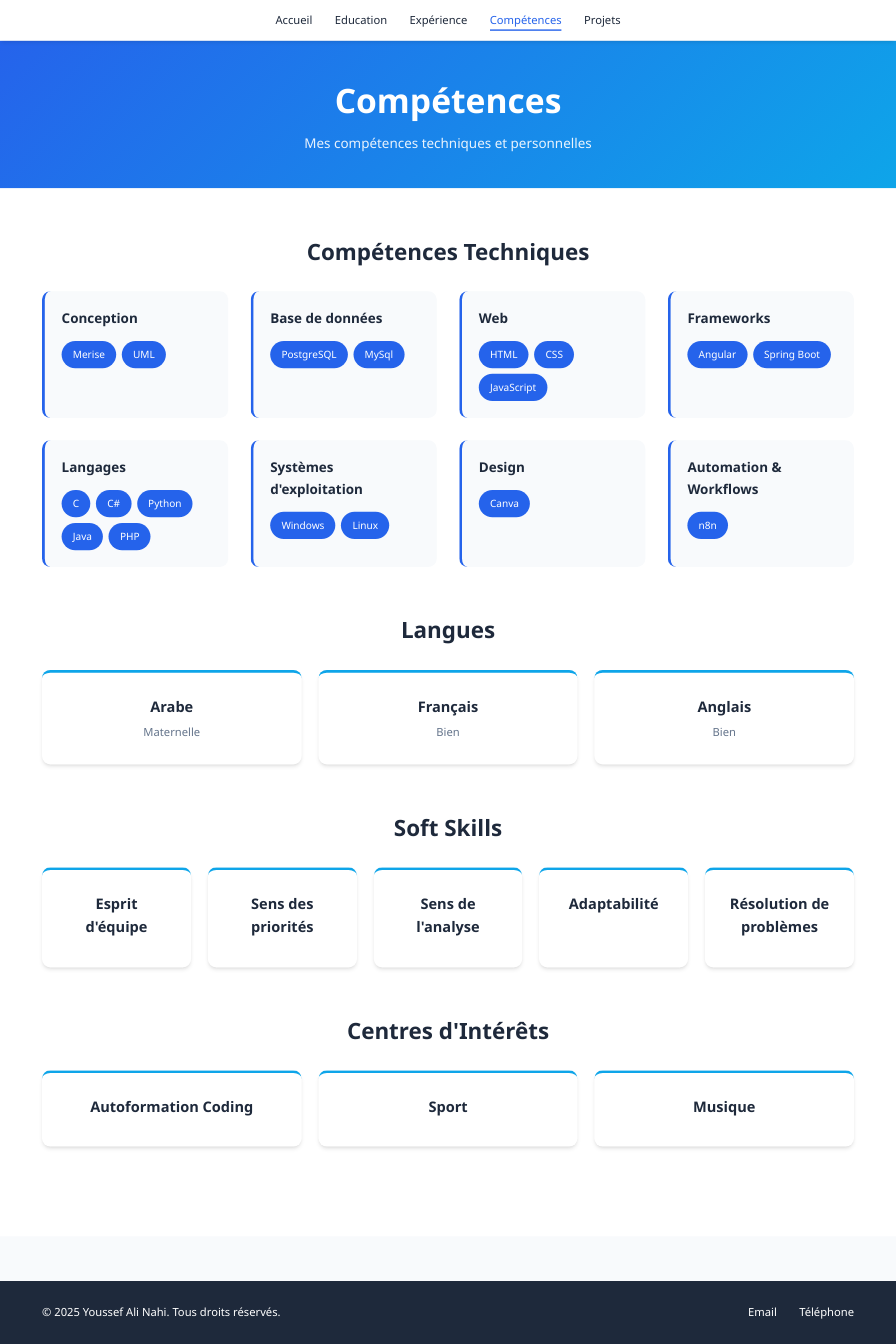
Repository: Youssef-Nahi504/My_Portfolio
Page: competences.html
The author's editor kept a copy of each file at every save. The page is drawn from the files as they stood at one save, then again after the next save.
The browser window is 1280 px wide. The pictures show the whole page, at 70% of full size.

Above is the page before, as saved 2025-12-19 16:29:47.

### competences.html
<!DOCTYPE html>
<html lang="fr">
<head>
    <meta charset="UTF-8">
    <meta name="viewport" content="width=device-width, initial-scale=1.0">
    <title>Compétences - Youssef Ali Nahi</title>
    <link rel="stylesheet" href="style.css">
</head>
<body>
    <nav class="navbar">
        <div class="nav-container">
            <ul class="nav-menu">
                <li><a href="index.html">Accueil</a></li>
                <li><a href="Education.html" >Education</a></li>
                <li><a href="experience.html">Expérience</a></li>
                <li><a href="competences.html" class="active">Compétences</a></li>
                <li><a href="projets.html">Projets</a></li>
            </ul>
            <div class="hamburger">
                <span></span>
                <span></span>
                <span></span>
            </div>
        </div>
    </nav>

    <main>
        <section class="page-header">
            <div class="container">
                <h1>Compétences</h1>
                <p>Mes compétences techniques et personnelles</p>
            </div>
        </section>

        <section class="skills-section">
            <div class="container">
                <div class="skills-category">
                    <h2 class="category-title">Compétences Techniques</h2>
                    <div class="skills-grid">
                        <div class="skill-group">
                            <h3>Conception</h3>
                            <div class="skill-tags">
                                <span class="skill-tag">Merise</span>
                                <span class="skill-tag">UML</span>
                            </div>
                        </div>
                        <div class="skill-group">
                            <h3>Base de données</h3>
                            <div class="skill-tags">
                                <span class="skill-tag">PostgreSQL</span>
                                <span class="skill-tag">MySql</span>
                            </div>
                        </div>
                        <div class="skill-group">
                            <h3>Web</h3>
                            <div class="skill-tags">
                                <span class="skill-tag">HTML</span>
                                <span class="skill-tag">CSS</span>
                                <span class="skill-tag">JavaScript</span>
                            </div>
                        </div>
                        <div class="skill-group">
                            <h3>Frameworks</h3>
                            <div class="skill-tags">
                                <span class="skill-tag">Angular</span>
                                <span class="skill-tag">Spring Boot</span>
                            </div>
                        </div>
                        <div class="skill-group">
                            <h3>Langages</h3>
                            <div class="skill-tags">
                                <span class="skill-tag">C</span>
                                <span class="skill-tag">C#</span>
                                <span class="skill-tag">Python</span>
                                <span class="skill-tag">Java</span>
                                <span class="skill-tag">PHP</span>
                            </div>
                        </div>
                        <div class="skill-group">
                            <h3>Systèmes d'exploitation</h3>
                            <div class="skill-tags">
                                <span class="skill-tag">Windows</span>
                                <span class="skill-tag">Linux</span>
                            </div>
                        </div>
                        <div class="skill-group">
                            <h3>Design</h3>
                            <div class="skill-tags">
                                <span class="skill-tag">Canva</span>
                            </div>
                        </div>
                        <div class="skill-group">
                            <h3>Automation & Workflows</h3>
                            <div class="skill-tags">
                                <span class="skill-tag">n8n</span>
                            </div>
                        </div>
                    </div>
                </div>

                <div class="skills-category">
                    <h2 class="category-title">Langues</h2>
                    <div class="languages-grid">
                        <div class="language-card">
                            <h3>Arabe</h3>
                            <p>Maternelle</p>
                        </div>
                        <div class="language-card">
                            <h3>Français</h3>
                            <p>Bien</p>
                        </div>
                        <div class="language-card">
                            <h3>Anglais</h3>
                            <p>Bien</p>
                        </div>
                    </div>
                </div>

                <div class="skills-category">
                    <h2 class="category-title">Soft Skills</h2>
                    <div class="interests-grid">
                        <div class="interest-card">
                            <h3>Esprit d'équipe</h3>
                        </div>
                        <div class="interest-card">
                            <h3>Sens des priorités</h3>
                        </div>
                        <div class="interest-card">
                            <h3>Sens de l'analyse</h3>
                        </div>
                        <div class="interest-card">
                            <h3>Adaptabilité</h3>
                        </div>
                        <div class="interest-card">
                            <h3>Résolution de problèmes</h3>
                        </div>
                    </div>
                </div>

                <div class="skills-category">
                    <h2 class="category-title">Centres d'Intérêts</h2>
                    <div class="interests-grid">
                        <div class="interest-card">
                            <h3>Autoformation Coding</h3>
                        </div>
                        <div class="interest-card">
                            <h3>Sport</h3>
                        </div>
                        <div class="interest-card">
                            <h3>Musique</h3>
                        </div>
                    </div>
                </div>
            </div>
        </section>
    </main>

    <footer>
        <div class="container">
            <p>&copy; 2025 Youssef Ali Nahi. Tous droits réservés.</p>
            <div class="footer-links">
                <a href="mailto:nahiyoussef02@gmail.com">Email</a>
                <a href="tel:+212619303473">Téléphone</a>
            </div>
        </div>
    </footer>

    <script src="file.js"></script>
</body>
</html>

### style.css
* {
    margin: 0;
    padding: 0;
    box-sizing: border-box;
}

:root {
    --primary-color: #2563eb;
    --primary-dark: #1e40af;
    --secondary-color: #64748b;
    --accent-color: #0ea5e9;
    --text-dark: #1e293b;
    --text-light: #64748b;
    --bg-light: #f8fafc;
    --bg-white: #ffffff;
    --border-color: #e2e8f0;
    --shadow: 0 4px 6px -1px rgba(0, 0, 0, 0.1), 0 2px 4px -1px rgba(0, 0, 0, 0.06);
    --shadow-lg: 0 10px 15px -3px rgba(0, 0, 0, 0.1), 0 4px 6px -2px rgba(0, 0, 0, 0.05);
}

body {
    font-family: 'Segoe UI', Tahoma, Geneva, Verdana, sans-serif;
    line-height: 1.6;
    color: var(--text-dark);
    background-color: var(--bg-light);
}

.container {
    max-width: 1200px;
    margin: 0 auto;
    padding: 0 20px;
}

/* Navigation */
.navbar {
    background: var(--bg-white);
    box-shadow: var(--shadow);
    position: sticky;
    top: 0;
    z-index: 1000;
    padding: 1rem 0;
}

.nav-container {
    max-width: 1200px;
    margin: 0 auto;
    padding: 0 20px;
    display: flex;
  justify-content: center; /* horizontal */
  align-items: center;
}

.logo {
    font-size: 1.5rem;
    font-weight: bold;
    color: var(--primary-color);
    letter-spacing: 2px;
}

.nav-menu {
    display: flex;
    list-style: none;
    gap: 2rem;
}

.nav-menu a {
    text-decoration: none;
    color: var(--text-dark);
    font-weight: 500;
    transition: color 0.3s ease;
    position: relative;
}

.nav-menu a:hover,
.nav-menu a.active {
    color: var(--primary-color);
}

.nav-menu a.active::after {
    content: '';
    position: absolute;
    bottom: -5px;
    left: 0;
    width: 100%;
    height: 2px;
    background: var(--primary-color);
}

.hamburger {
    display: none;
    flex-direction: column;
    cursor: pointer;
    gap: 4px;
}

.hamburger span {
    width: 25px;
    height: 3px;
    background: var(--text-dark);
    transition: all 0.3s ease;
}

/* Hero Section */
.hero {
    background: linear-gradient(135deg, var(--primary-color) 0%, var(--accent-color) 100%);
    color: white;
    padding: 4rem 0;
    min-height: 80vh;
    display: flex;
    align-items: center;
}

.hero-content {
    max-width: 1200px;
    margin: 0 auto;
    padding: 0 20px;
    display: grid;
    grid-template-columns: 1fr 1fr;
    gap: 3rem;
    align-items: center;
}

.hero-text h1 {
    font-size: 3rem;
    margin-bottom: 0.5rem;
    font-weight: 700;
}

.hero-text h2 {
    font-size: 1.5rem;
    margin-bottom: 1.5rem;
    opacity: 0.9;
    font-weight: 400;
}

.hero-subtitle {
    font-size: 1.1rem;
    margin-bottom: 2rem;
    opacity: 0.95;
    line-height: 1.8;
}

.hero-buttons {
    display: flex;
    gap: 1rem;
    flex-wrap: wrap;
}

.btn {
    padding: 0.75rem 2rem;
    border-radius: 8px;
    text-decoration: none;
    font-weight: 600;
    transition: all 0.3s ease;
    display: inline-block;
}

.btn-primary {
    background: white;
    color: var(--primary-color);
}

.btn-primary:hover {
    transform: translateY(-2px);
    box-shadow: var(--shadow-lg);
}

.btn-secondary {
    background: transparent;
    color: white;
    border: 2px solid white;
}

.btn-secondary:hover {
    background: white;
    color: var(--primary-color);
}

.profile-card {
    background: rgba(255, 255, 255, 0.1);
    backdrop-filter: blur(10px);
    border-radius: 16px;
    padding: 2rem;
    border: 1px solid rgba(255, 255, 255, 0.2);
}

.profile-info p {
    margin-bottom: 1rem;
    font-size: 1rem;
}

.profile-info strong {
    display: inline-block;
    width: 140px;
}

/* About Section */
.about {
    padding: 4rem 0;
    background: var(--bg-white);
}

.section-title {
    font-size: 2.5rem;
    margin-bottom: 2rem;
    text-align: center;
    color: var(--text-dark);
}

.about-content {
    max-width: 800px;
    margin: 0 auto 3rem;
    text-align: center;
}

.about-content p {
    font-size: 1.1rem;
    color: var(--text-light);
    margin-bottom: 1.5rem;
    line-height: 1.8;
}

.quick-links {
    display: grid;
    grid-template-columns: repeat(auto-fit, minmax(250px, 1fr));
    gap: 2rem;
    margin-top: 3rem;
}

.quick-link-card {
    background: var(--bg-white);
    padding: 2rem;
    border-radius: 12px;
    text-decoration: none;
    color: var(--text-dark);
    box-shadow: var(--shadow);
    transition: all 0.3s ease;
    border: 2px solid transparent;
}

.quick-link-card:hover {
    transform: translateY(-5px);
    box-shadow: var(--shadow-lg);
    border-color: var(--primary-color);
}

.quick-link-card h3 {
    color: var(--primary-color);
    margin-bottom: 0.5rem;
    font-size: 1.5rem;
}

.quick-link-card p {
    color: var(--text-light);
}

/* Page Header */
.page-header {
    background: linear-gradient(135deg, var(--primary-color) 0%, var(--accent-color) 100%);
    color: white;
    padding: 3rem 0;
    text-align: center;
}

.page-header h1 {
    font-size: 3rem;
    margin-bottom: 0.5rem;
}

.page-header p {
    font-size: 1.2rem;
    opacity: 0.9;
}

/* Experience Section */
.experience-section {
    padding: 4rem 0;
    background: var(--bg-white);
}

.timeline {
    position: relative;
    max-width: 900px;
    margin: 0 auto;
    padding: 2rem 0;
}

.timeline::before {
    content: '';
    position: absolute;
    left: 30px;
    top: 0;
    bottom: 0;
    width: 2px;
    background: var(--border-color);
}

.timeline-item {
    position: relative;
    margin-bottom: 3rem;
    padding-left: 80px;
}

.timeline-marker {
    position: absolute;
    left: 22px;
    top: 0;
    width: 16px;
    height: 16px;
    border-radius: 50%;
    background: var(--primary-color);
    border: 4px solid var(--bg-white);
    box-shadow: var(--shadow);
}

.timeline-content {
    background: var(--bg-white);
    padding: 2rem;
    border-radius: 12px;
    box-shadow: var(--shadow);
    transition: all 0.3s ease;
}

.timeline-content:hover {
    box-shadow: var(--shadow-lg);
    transform: translateX(5px);
}

.timeline-date {
    color: var(--primary-color);
    font-weight: 600;
    margin-bottom: 0.5rem;
    font-size: 0.9rem;
}

.timeline-content h3 {
    color: var(--text-dark);
    margin-bottom: 0.25rem;
    font-size: 1.5rem;
}

.timeline-content h4 {
    color: var(--text-light);
    margin-bottom: 1rem;
    font-weight: 500;
}

.timeline-content ul {
    list-style: none;
    padding-left: 0;
}

.timeline-content li {
    padding-left: 1.5rem;
    position: relative;
    margin-bottom: 0.5rem;
    color: var(--text-light);
}

.timeline-content li::before {
    content: '▸';
    position: absolute;
    left: 0;
    color: var(--primary-color);
}

/* Education Section */
.education-section {
    padding: 4rem 0;
    background: var(--bg-light);
}

.education-grid {
    display: grid;
    grid-template-columns: repeat(auto-fit, minmax(300px, 1fr));
    gap: 2rem;
    max-width: 900px;
    margin: 0 auto;
}

.education-card {
    background: var(--bg-white);
    padding: 2rem;
    border-radius: 12px;
    box-shadow: var(--shadow);
    transition: all 0.3s ease;
    border-top: 4px solid var(--primary-color);
}

.education-card:hover {
    transform: translateY(-5px);
    box-shadow: var(--shadow-lg);
}

.education-year {
    color: var(--primary-color);
    font-weight: 600;
    margin-bottom: 1rem;
    font-size: 0.9rem;
}

.education-card h3 {
    color: var(--text-dark);
    margin-bottom: 0.5rem;
    font-size: 1.3rem;
}

.education-card h4 {
    color: var(--text-light);
    margin-bottom: 1rem;
    font-weight: 500;
}

.education-institution {
    color: var(--text-light);
    font-style: italic;
}

/* Skills Section */
.skills-section {
    padding: 4rem 0;
    background: var(--bg-white);
}

.skills-category {
    margin-bottom: 4rem;
}

.category-title {
    font-size: 2rem;
    margin-bottom: 2rem;
    color: var(--text-dark);
    text-align: center;
}

.skills-grid {
    display: grid;
    grid-template-columns: repeat(auto-fit, minmax(250px, 1fr));
    gap: 2rem;
}

.skill-group {
    background: var(--bg-light);
    padding: 1.5rem;
    border-radius: 12px;
    border-left: 4px solid var(--primary-color);
}

.skill-group h3 {
    color: var(--text-dark);
    margin-bottom: 1rem;
    font-size: 1.2rem;
}

.skill-tags {
    display: flex;
    flex-wrap: wrap;
    gap: 0.5rem;
}

.skill-tag {
    background: var(--primary-color);
    color: white;
    padding: 0.5rem 1rem;
    border-radius: 20px;
    font-size: 0.9rem;
    font-weight: 500;
}

.soft-skills-grid {
    display: grid;
    grid-template-columns: repeat(auto-fit, minmax(200px, 1fr));
    gap: 1.5rem;
}

.soft-skill-card {
    background: linear-gradient(135deg, var(--primary-color) 0%, var(--accent-color) 100%);
    color: white;
    padding: 2rem;
    border-radius: 12px;
    text-align: center;
    transition: all 0.3s ease;
}

.soft-skill-card:hover {
    transform: translateY(-5px);
    box-shadow: var(--shadow-lg);
}

.soft-skill-card h3 {
    font-size: 1.2rem;
}

.languages-grid,
.interests-grid {
    display: grid;
    grid-template-columns: repeat(auto-fit, minmax(200px, 1fr));
    gap: 1.5rem;
}

.language-card,
.interest-card {
    background: var(--bg-white);
    padding: 2rem;
    border-radius: 12px;
    box-shadow: var(--shadow);
    text-align: center;
    transition: all 0.3s ease;
    border-top: 4px solid var(--accent-color);
}

.language-card:hover,
.interest-card:hover {
    transform: translateY(-5px);
    box-shadow: var(--shadow-lg);
}

.language-card h3,
.interest-card h3 {
    color: var(--text-dark);
    margin-bottom: 0.5rem;
    font-size: 1.3rem;
}

.language-card p {
    color: var(--text-light);
    font-weight: 500;
}

/* Projects Section */
.projects-section {
    padding: 4rem 0;
    background: var(--bg-white);
}

.projects-grid {
    display: grid;
    grid-template-columns: repeat(auto-fit, minmax(300px, 1fr));
    gap: 2rem;
}

.project-card {
    background: var(--bg-white);
    padding: 2rem;
    border-radius: 12px;
    box-shadow: var(--shadow);
    transition: all 0.3s ease;
    border-top: 4px solid var(--primary-color);
}

.project-card:hover {
    transform: translateY(-5px);
    box-shadow: var(--shadow-lg);
}

.project-icon {
    font-size: 3rem;
    margin-bottom: 1rem;
}

.project-card h3 {
    color: var(--text-dark);
    margin-bottom: 0.75rem;
    font-size: 1.4rem;
}

.project-tech {
    color: var(--primary-color);
    font-weight: 600;
    margin-bottom: 1rem;
    font-size: 0.9rem;
}

.project-description {
    color: var(--text-light);
    line-height: 1.7;
}

/* Footer */
footer {
    background: var(--text-dark);
    color: white;
    padding: 2rem 0;
    margin-top: 4rem;
}

footer .container {
    display: flex;
    justify-content: space-between;
    align-items: center;
    flex-wrap: wrap;
    gap: 1rem;
}

.footer-links {
    display: flex;
    gap: 2rem;
}

.footer-links a {
    color: white;
    text-decoration: none;
    transition: color 0.3s ease;
}

.footer-links a:hover {
    color: var(--accent-color);
}

/* Responsive Design */
@media (max-width: 768px) {
    .hamburger {
        display: flex;
    }

    .nav-menu {
        position: fixed;
        left: -100%;
        top: 70px;
        flex-direction: column;
        background: var(--bg-white);
        width: 100%;
        text-align: center;
        transition: 0.3s;
        box-shadow: var(--shadow);
        padding: 2rem 0;
        gap: 0;
    }

    .nav-menu.active {
        left: 0;
    }

    .nav-menu li {
        margin: 1rem 0;
    }

    .hero-content {
        grid-template-columns: 1fr;
        text-align: center;
    }

    .hero-text h1 {
        font-size: 2rem;
    }

    .hero-text h2 {
        font-size: 1.2rem;
    }

    .section-title {
        font-size: 2rem;
    }

    .page-header h1 {
        font-size: 2rem;
    }

    .timeline::before {
        left: 15px;
    }

    .timeline-item {
        padding-left: 50px;
    }

    .timeline-marker {
        left: 7px;
    }

    .quick-links {
        grid-template-columns: 1fr;
    }

    footer .container {
        flex-direction: column;
        text-align: center;
    }
}

@media (max-width: 480px) {
    .hero {
        padding: 2rem 0;
        min-height: auto;
    }

    .hero-text h1 {
        font-size: 1.5rem;
    }

    .btn {
        padding: 0.6rem 1.5rem;
        font-size: 0.9rem;
    }

    .projects-grid,
    .education-grid {
        grid-template-columns: 1fr;
    }
}

### file.js
// Mobile Navigation Toggle
const hamburger = document.querySelector('.hamburger');
const navMenu = document.querySelector('.nav-menu');

if (hamburger && navMenu) {
    hamburger.addEventListener('click', () => {
        navMenu.classList.toggle('active');

        // Animate hamburger
        const spans = hamburger.querySelectorAll('span');
        if (navMenu.classList.contains('active')) {
            spans[0].style.transform = 'rotate(45deg) translate(5px, 5px)';
            spans[1].style.opacity = '0';
            spans[2].style.transform = 'rotate(-45deg) translate(7px, -6px)';
        } else {
            spans[0].style.transform = 'none';
            spans[1].style.opacity = '1';
            spans[2].style.transform = 'none';
        }
    });

    // Close menu when clicking on a link
    document.querySelectorAll('.nav-menu a').forEach(link => {
        link.addEventListener('click', () => {
            navMenu.classList.remove('active');
            const spans = hamburger.querySelectorAll('span');
            spans[0].style.transform = 'none';
            spans[1].style.opacity = '1';
            spans[2].style.transform = 'none';
        });
    });

    // Close menu when clicking outside
    document.addEventListener('click', (e) => {
        if (!hamburger.contains(e.target) && !navMenu.contains(e.target)) {
            navMenu.classList.remove('active');
            const spans = hamburger.querySelectorAll('span');
            spans[0].style.transform = 'none';
            spans[1].style.opacity = '1';
            spans[2].style.transform = 'none';
        }
    });
}

// Smooth scroll for anchor links
document.querySelectorAll('a[href^="#"]').forEach(anchor => {
    anchor.addEventListener('click', function (e) {
        e.preventDefault();
        const target = document.querySelector(this.getAttribute('href'));
        if (target) {
            target.scrollIntoView({
                behavior: 'smooth',
                block: 'start'
            });
        }
    });
});

// Add scroll animation
const observerOptions = {
    threshold: 0.1,
    rootMargin: '0px 0px -50px 0px'
};

const observer = new IntersectionObserver((entries) => {
    entries.forEach(entry => {
        if (entry.isIntersecting) {
            entry.target.style.opacity = '1';
            entry.target.style.transform = 'translateY(0)';
        }
    });
}, observerOptions);

// Observe elements for animation
document.addEventListener('DOMContentLoaded', () => {
    const animateElements = document.querySelectorAll('.project-card, .education-card, .timeline-item, .skill-group, .soft-skill-card, .language-card, .interest-card, .quick-link-card');

    animateElements.forEach(el => {
        el.style.opacity = '0';
        el.style.transform = 'translateY(20px)';
        el.style.transition = 'opacity 0.6s ease, transform 0.6s ease';
        observer.observe(el);
    });
});

// Add active page highlighting
document.addEventListener('DOMContentLoaded', () => {
    const currentPage = window.location.pathname.split('/').pop() || 'index.html';
    const navLinks = document.querySelectorAll('.nav-menu a');

    navLinks.forEach(link => {
        const linkPage = link.getAttribute('href');
        if (linkPage === currentPage || (currentPage === '' && linkPage === 'index.html')) {
            link.classList.add('active');
        } else {
            link.classList.remove('active');
        }
    });
});

After the next save:
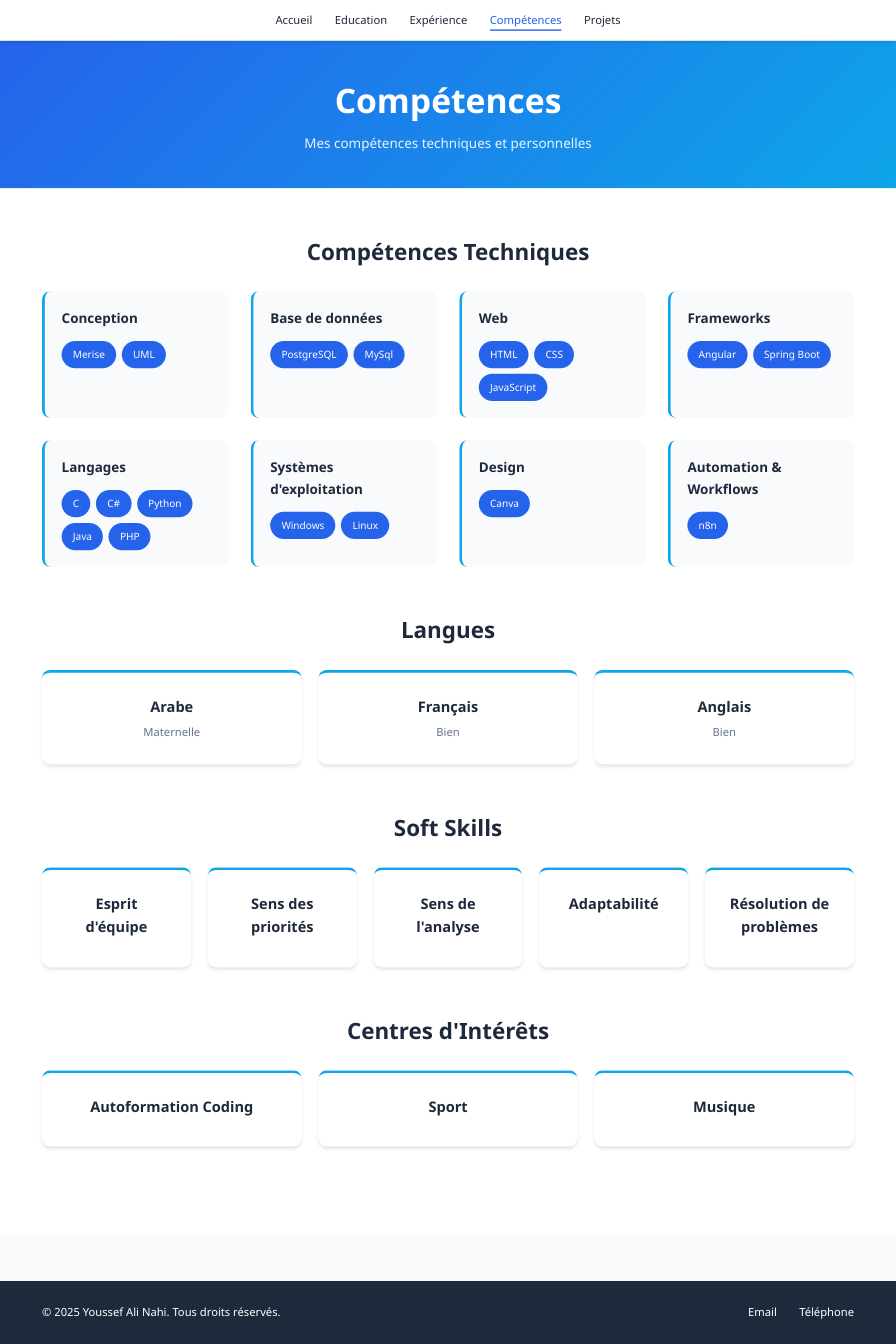
Saved 2 min 51 s later.
--- a/style.css
+++ b/style.css
@@ -443,7 +443,7 @@ body {
     background: var(--bg-light);
     padding: 1.5rem;
     border-radius: 12px;
-    border-left: 4px solid var(--primary-color);
+    border-left: 4px solid var(--accent-color);
 }
 
 .skill-group h3 {
@@ -460,6 +460,7 @@ body {
 
 .skill-tag {
     background: var(--primary-color);
+    color: var(--text-dark);
     color: white;
     padding: 0.5rem 1rem;
     border-radius: 20px;
@@ -546,6 +547,21 @@ body {
     box-shadow: var(--shadow);
     transition: all 0.3s ease;
     border-top: 4px solid var(--primary-color);
+    position: relative;
+}
+
+.project-badge {
+    position: absolute;
+    top: 1rem;
+    right: 1rem;
+    background: linear-gradient(135deg, var(--primary-color) 0%, var(--accent-color) 100%);
+    color: white;
+    padding: 0.4rem 0.8rem;
+    border-radius: 20px;
+    font-size: 0.75rem;
+    font-weight: 600;
+    text-transform: uppercase;
+    letter-spacing: 0.5px;
 }
 
 .project-card:hover {
